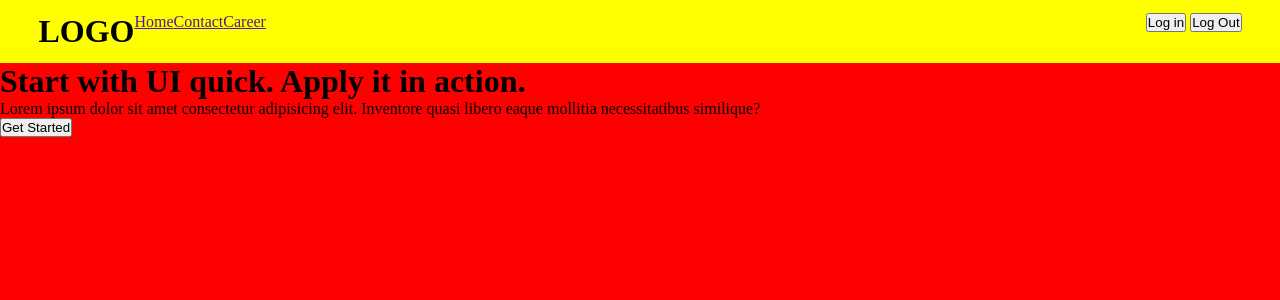
Repository: Ashishchakravartii/landingPage
Page: index.html
These files come from the project's save history. The page is drawn as it stood at one moment and after the next save; the edit follows.
The browser window is 1280 px wide. The pictures show the whole page.

Above is the page before, as saved 2024-07-24 12:32:54.

After the next save:
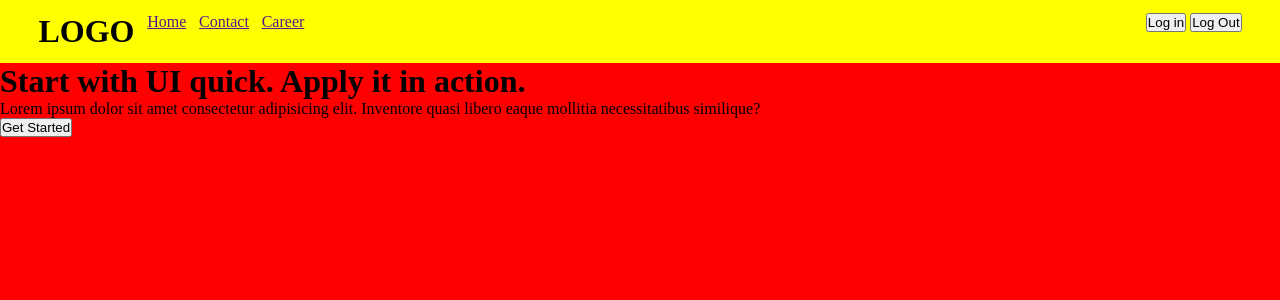
Saved 9 s later.
--- a/style.css
+++ b/style.css
@@ -23,4 +23,5 @@ body{
 }
 .navLeft{
     display: flex;
+    gap: 1vmax;
 }
